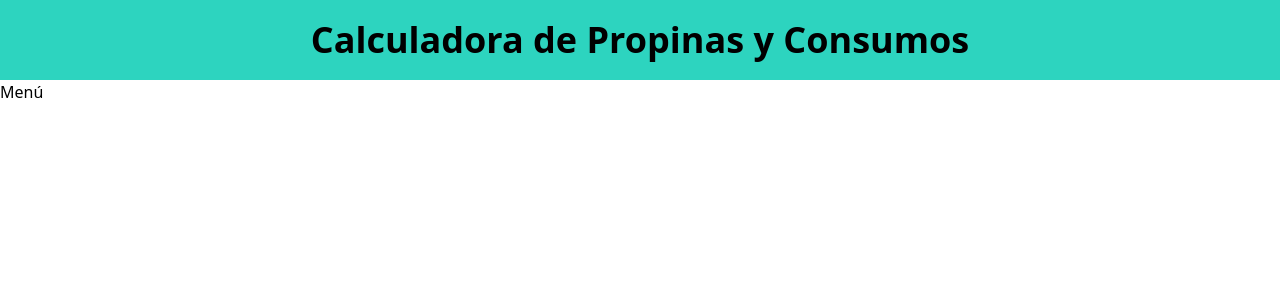
Repository: Matiiu/tip-calculator
Page: /
These files come from the project's save history. The page is drawn as it stood at one moment and after the next save; the edit follows.
The browser window is 1280 px wide. The pictures show the whole page.
The project was rebuilt for these pictures with package versions that can differ from the ones it lists, and the page was loaded fresh each time. Also part of the build but not shown: vite.config.ts.

Above is the page before, as saved 2024-03-29 09:35:22.

### src/App.tsx
import Header from "./components/Header";
import { menuItems } from "./api/db";

export default function App() {
  return (
    <>
    <Header />
      <main className="max-w-7xl mx-auto">
        <h2 className="">Menú</h2>
      </main>
    </>
  )
}

### src/components/Header.tsx
export default function Header() {
  return (
    <header className="bg-teal-400 py-5">
        <h1 className="text-center text-4xl font-black">Calculadora de Propinas y Consumos</h1>
    </header>
  )
}

Loaded but not shown: index.html (common file); src/main.tsx (common file); src/index.css (common file); tailwind.config.js (common file)

After the next save:
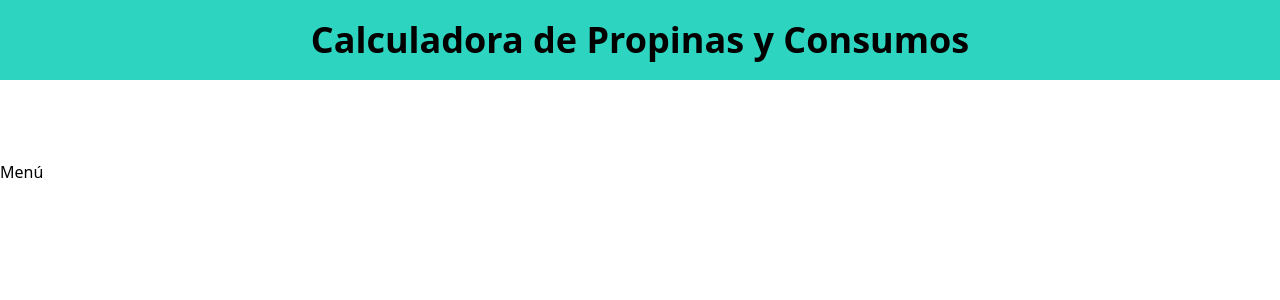
Saved 18 s later.
--- a/src/App.tsx
+++ b/src/App.tsx
@@ -5,7 +5,7 @@ export default function App() {
   return (
     <>
     <Header />
-      <main className="max-w-7xl mx-auto">
+      <main className="max-w-7xl mx-auto mt-20">
         <h2 className="">Menú</h2>
       </main>
     </>
